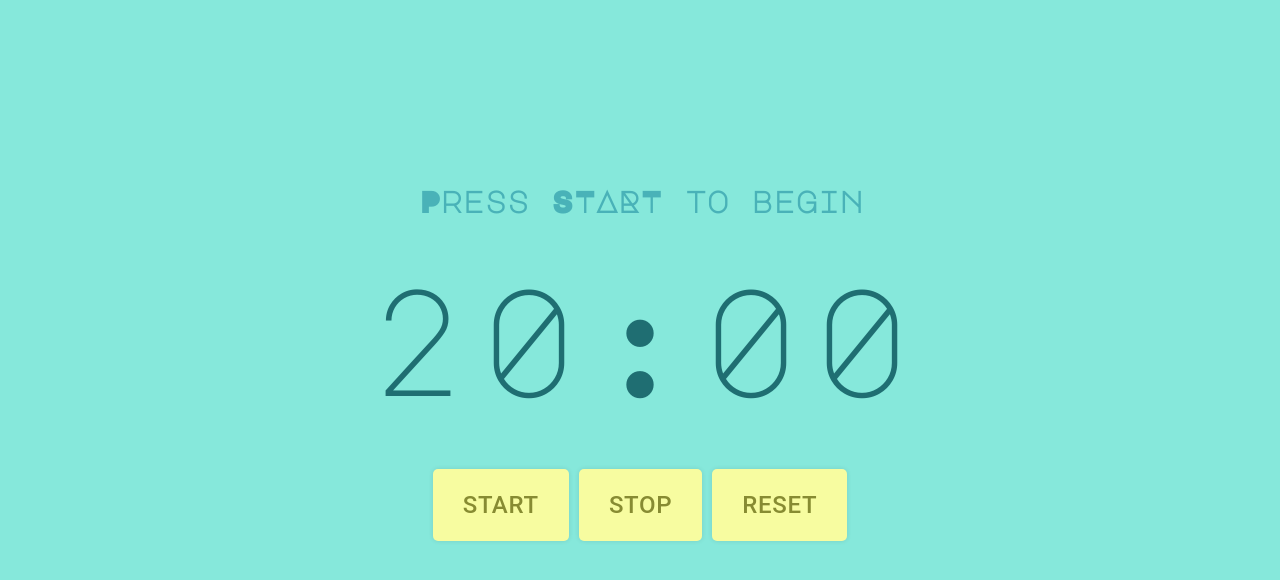
Repository: realistmccoy/pomodoro
Page: /
An editor plug-in stored every save of this project. The page is shown before and after the next save, followed by the edit.
The browser window is 1280 px wide. The pictures show the whole page.
The project was rebuilt for these pictures with package versions that can differ from the ones it lists, and the page was loaded fresh each time.

Above is the page before, as saved 2020-12-10 01:01:06.

After the next save:
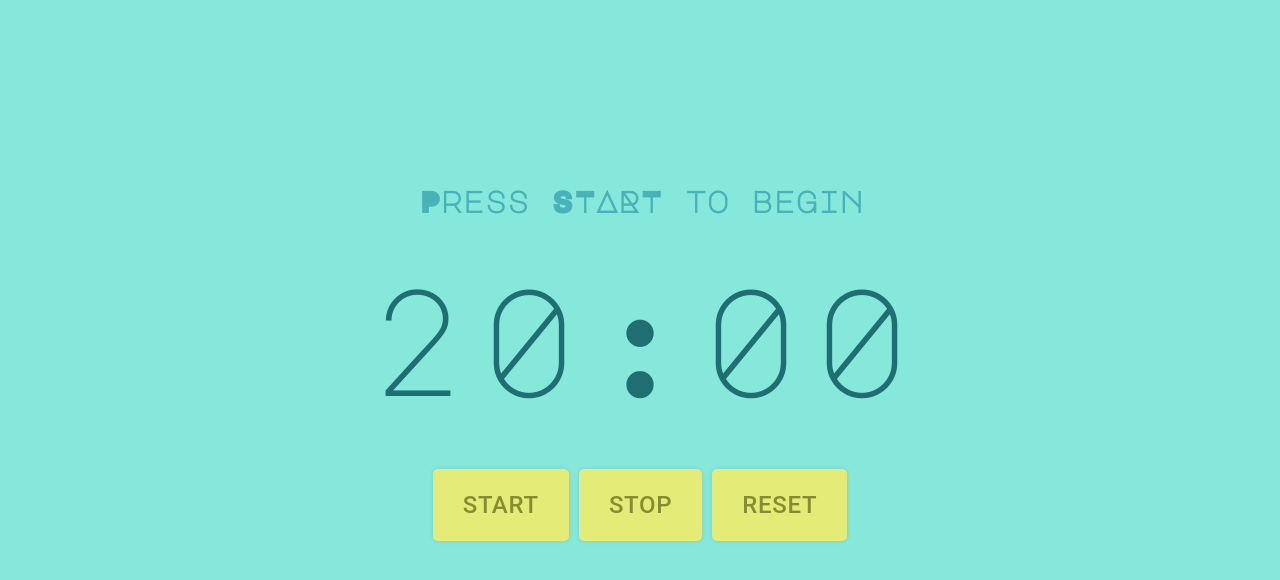
Saved 10 s later.
--- a/src/App.css
+++ b/src/App.css
@@ -40,7 +40,7 @@ h2 {
   outline: none;
   border: none;
   font-size: 24px;
-  background: #f7fca0;
+  background: #e5eb77;
   color: #878b32;
   border-radius: 5px;
   box-shadow: 0 0 5px rgba(0, 0, 0, 0.1);
